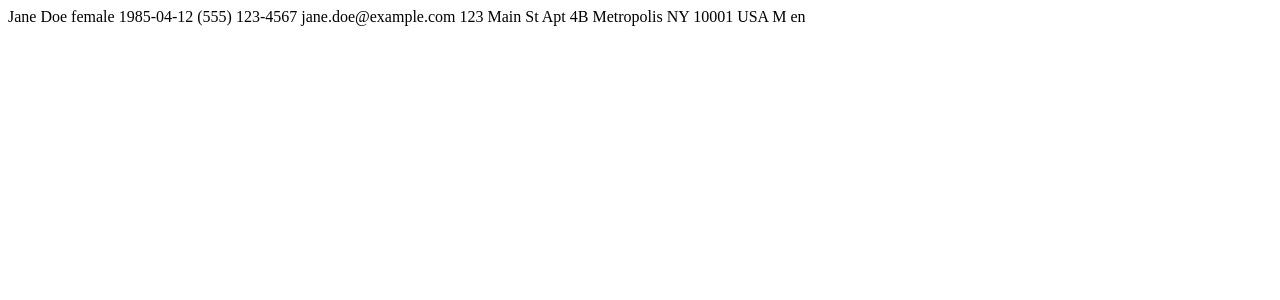
Repository: Laniz/Mapping-project
Page: http://localhost/Best Notes/public/index.php
An editor plug-in stored every save of this project. The page is shown before and after a run of saves, followed by the edit.
The browser window is 1280 px wide. The pictures show the whole page.
The page is run by PHP 8.4 with error messages shown; the project is at /var/www/html/.

Above is the page before, as saved 2025-06-30 22:08:49.

### Best Notes/public/index.php
<?php

require_once __DIR__ . '/../vendor/autoload.php';

use App\Mapping\PatientMapper;
// use App\Mapping\CoverageMapper;
// use App\Mapping\EncounterMapper;

// Initialize the PatientMapper (modular class that converts FHIR to XML)
$patientMapper = new PatientMapper();

// $coverageMapper = new CoverageMapper();
// $encounterMapper = new EncounterMapper();

// Create a new XML document that will hold the output
$doc = new DOMDocument('1.0', 'UTF-8');
$doc->formatOutput = true;

// Path to the input JSON file (can be a single Patient or a Bundle)
$inputPath = __DIR__ . '/../FHIR-Patient-Full.json';

$inputPath2 = __DIR__ . '/../FHIR-Coverage-example.json';
$inputPath3 = __DIR__ . '/../Encounter-example.json';

// or change to FHIR-Patient-example.json, FHIR-Patient-example.json

// Load FHIR data from file as JSON text
$json = file_get_contents($inputPath);

$json2 = file_get_contents($inputPath2);
$json3 = file_get_contents($inputPath3);

// this makes an array if true, an object if false
$data = json_decode($json, true);

$data2 = json_decode($json2, true);
$data3 = json_decode($json3, true);

// Create the root XML node that will wrap all patients
$root = $doc->createElement("AllMaps");

// Validate and branch depending on input type
if (!is_array($data) || !isset($data['resourceType'])) {
    // Basic file/data validation
    die("Invalid FHIR input file: missing or malformed 'resourceType'\n");
}

if (!is_array($data2) || !isset($data2['resourceType'])) {
    // Basic file/data validation
    die("Invalid FHIR input file: missing or malformed 'resourceType'\n");
}
if (!is_array($data3) || !isset($data3['resourceType'])) {
    // Basic file/data validation
    die("Invalid FHIR input file: missing or malformed 'resourceType'\n");
}

// Detect whether we're dealing with a single Patient or a Bundle of Patients
//switch ($data['resourceType']) {
//    case 'Patient':
        // Map the single patient directly to XML and append
        $patientNode = $patientMapper->map($data, $doc);
        $root->appendChild($patientNode);

        // $coverageNode = $coverageMapper->map($data2, $doc);
        // $root->appendChild($coverageNode);
        // $encounterNode = $encounterMapper->map($data3, $doc);
        // $root->appendChild($encounterNode);
//        break;

/*    case 'Bundle':
        // Loop through all resources in the bundle
        foreach ($data['entry'] ?? [] as $entry) {
            $resource = $entry['resource'] ?? null;

            // Only process Patient resources
            if ($resource && $resource['resourceType'] === 'Patient') {
                // Convert Patient resource to XML and append to root
                $patientNode = $mapper->map($resource, $doc);
                $root->appendChild($patientNode);
            }
        }
        break;

    default:
        // Currently unsupported resource types
        die("Unsupported resourceType: " . $data['resourceType'] . "\n");
}
*/
// Append root node to document and print the resulting XML
$doc->appendChild($root);
echo $doc->saveXML();

### Best Notes/src/Mapping/PatientMapper.php
<?php

namespace App\Mapping;

use DOMDocument;
use DOMElement;

class PatientMapper extends BaseMapper
{
    public function __construct()
    {
        parent::__construct('patient_mapping.json');
    }

    protected function getRootElementName(): string
    {
        return 'Patient';
    }
}

### Best Notes/src/Mapping/BaseMapper.php
<?php

namespace App\Mapping; // Define the namespace where this class resides

use DOMDocument;  // Import PHP's DOMDocument class for building XML documents
use DOMElement;   // Import DOMElement for creating XML elements

/**
 * BaseMapper is an abstract class that provides common logic
 * for mapping FHIR JSON data to XML based on a JSON field mapping configuration.
 */
abstract class BaseMapper implements MapperInterface
{
    // Holds the key-value pairs from the mapping file (FHIR path → XML tag)
    protected array $mapping;

    /**
     * Constructor loads a mapping configuration file (e.g., patient_mapping.json).
     *
     * @param string $mappingFile The relative filename of the mapping JSON file
     */
    public function __construct(string $mappingFile)
    {
        // Construct the absolute path to the mapping file
        $mappingPath = __DIR__ . '/../../' . $mappingFile;

        // Load the JSON file content as a string
        $json = file_get_contents($mappingPath);

        // Decode the JSON string into an associative array
        $this->mapping = json_decode($json, true);
    }

    /**
     * Main mapping method required by the MapperInterface.
     * It generates an XML element using the mapping config and FHIR data.
     *
     * @param array $fhir The decoded FHIR resource as an array
     * @param DOMDocument $doc The DOMDocument to which new elements will belong
     * @return DOMElement The fully built XML element for this resource
     */
    public function map(array $fhir, DOMDocument $doc): DOMElement
    {
        // Create the root XML element (e.g., <Patient>, <Coverage>, etc.)
        $element = $doc->createElement($this->getRootElementName());

        // Loop through each mapping entry: FHIR path => XML tag
        foreach ($this->mapping as $fhirPath => $xmlTag) {
            // Extract the value from the FHIR array using the path
            $value = $this->extractValue($fhir, $fhirPath);

            // Only add the field if a value was found
            if (!is_null($value)) {
                // Create the child XML element and add it to the root
            $field = $doc->createElement("Field", htmlspecialchars($value ?? ''));
                $field->setAttribute("name", $fhirPath);  // Add original path as metadata
                $element->appendChild($field);

            }
        }

        // Return the finished XML element
        return $element;
    }

    /**
     * Subclasses must define the name of the root XML element (e.g., "Patient").
     *
     * @return string The XML tag name
     */
    abstract protected function getRootElementName(): string;

    /**
     * Recursively extract a value from a deeply nested FHIR array using a dotted path.
     *
     * @param array $data The full FHIR array
     * @param string $path A string path like "address[0].city"
     * @return mixed|null The extracted value or null if not found
     */
    protected function extractValue(array $data, string $path)
    {
        // Split the path on dots, ignoring dots inside brackets
        $segments = preg_split('/\.(?![^\[]*\])/', $path);

        // Walk through each segment to drill down into the array
        foreach ($segments as $segment) {
            // If the segment includes an index (e.g., "address[0]")
            if (preg_match('/(\w+)\[(\d+)\]/', $segment, $matches)) {
                $key = $matches[1];        // array name, e.g., "address"
                $index = (int) $matches[2]; // array index, e.g., 0

                // Check if the indexed item exists
                if (!isset($data[$key][$index])) {
                    return null;
                }

                // Move one level deeper
                $data = $data[$key][$index];
            } else {
                // Simple field access (e.g., "city")
                if (!isset($data[$segment])) {
                    return null;
                }

                // Move deeper into the structure
                $data = $data[$segment];
            }
        }

        // Return the value if it's a string or scalar, not an array
        return is_array($data) ? null : $data;
    }
}

### Best Notes/src/Mapping/MapperInterface.php
<?php

namespace App\Mapping;

use DOMDocument;
use DOMElement;

interface MapperInterface {
    public function map(array $fhirResource, DOMDocument $doc): DOMElement;
}

### Best Notes/patient_mapping.json
{
  "name[0].given[0]": "FirstName",
  "name[0].family": "LastName",
  "gender": "Gender",
  "birthDate": "BirthDate",
  "telecom[0].value": "HomePhone",
  "telecom[1].value": "Email",
  "address[0].line[0]": "Line1",
  "address[0].line[1]": "Line2",
  "address[0].city": "City",
  "address[0].state": "State",
  "address[0].postalCode": "Zipcode",
  "address[0].country": "Country",
  "maritalStatus.coding[0].code": "MaritalStatus",
  "communication[0].language.coding[0].code": "Language"
}

### Best Notes/FHIR-Patient-Full.json
{
  "resourceType": "Patient",
  "id": "example-full",
  "active": true,
  "identifier": [
    {
      "use": "usual",
      "type": {
        "coding": [
          {
            "system": "http://terminology.hl7.org/CodeSystem/v2-0203",
            "code": "MR",
            "display": "Medical Record Number"
          }
        ]
      },
      "system": "http://hospital.smarthealth.org",
      "value": "123456"
    },
    {
      "use": "official",
      "system": "http://hl7.org/fhir/sid/us-ssn",
      "value": "999-99-9999"
    }
  ],
  "name": [
    {
      "use": "official",
      "family": "Doe",
      "given": [
        "Jane",
        "Elizabeth"
      ],
      "prefix": [
        "Ms."
      ]
    }
  ],
  "telecom": [
    {
      "system": "phone",
      "value": "(555) 123-4567",
      "use": "home"
    },
    {
      "system": "email",
      "value": "jane.doe@example.com",
      "use": "work"
    }
  ],
  "gender": "female",
  "birthDate": "1985-04-12",
  "address": [
    {
      "use": "home",
      "line": [
        "123 Main St",
        "Apt 4B"
      ],
      "city": "Metropolis",
      "state": "NY",
      "postalCode": "10001",
      "country": "USA"
    }
  ],
  "maritalStatus": {
    "coding": [
      {
        "system": "http://terminology.hl7.org/CodeSystem/v3-MaritalStatus",
        "code": "M",
        "display": "Married"
      }
    ]
  },
  "communication": [
    {
      "language": {
        "coding": [
          {
            "system": "urn:ietf:bcp:47",
            "code": "en",
            "display": "English"
          }
        ]
      },
      "preferred": true
    }
  ],
  "contact": [
    {
      "relationship": [
        {
          "coding": [
            {
              "system": "http://terminology.hl7.org/CodeSystem/v2-0131",
              "code": "E",
              "display": "Emergency"
            }
          ]
        }
      ],
      "name": {
        "family": "Doe",
        "given": [
          "John"
        ]
      },
      "telecom": [
        {
          "system": "phone",
          "value": "(555) 987-6543",
          "use": "mobile"
        }
      ],
      "address": {
        "line": [
          "456 Oak St"
        ],
        "city": "Metropolis",
        "state": "NY",
        "postalCode": "10001",
        "country": "USA"
      },
      "gender": "male"
    }
  ],
  "managingOrganization": {
    "reference": "Organization/example"
  },
  "generalPractitioner": [
    {
      "reference": "Practitioner/example-behavioral-health"
    }
  ]
}

### Best Notes/FHIR-Coverage-example.json
{
  "resourceType": "Coverage",
  "id": "example",
  "status": "active",
  "type": {
    "coding": [
      {
        "system": "http://terminology.hl7.org/CodeSystem/v3-ActCode",
        "code": "EHCPOL",
        "display": "extended healthcare"
      }
    ]
  },
  "subscriber": {
    "reference": "Patient/example"
  },
  "beneficiary": {
    "reference": "Patient/example"
  },
  "payor": [
    {
      "reference": "Organization/example"
    }
  ],
  "period": {
    "start": "2024-01-01",
    "end": "2024-12-31"
  },
  "class": [
    {
      "type": {
        "coding": [
          {
            "system": "http://terminology.hl7.org/CodeSystem/coverage-class",
            "code": "group"
          }
        ]
      },
      "value": "12345",
      "name": "Acme Behavioral Health Group"
    }
  ]
}

### Best Notes/Encounter-example.json
{
  "resourceType": "Encounter",
  "id": "example",
  "status": "finished",
  "class": {
    "system": "http://terminology.hl7.org/CodeSystem/v3-ActCode",
    "code": "AMB",
    "display": "ambulatory"
  },
  "type": [
    {
      "coding": [
        {
          "system": "http://snomed.info/sct",
          "code": "185349003",
          "display": "Outpatient visit"
        }
      ]
    }
  ],
  "subject": {
    "reference": "Patient/example"
  },
  "participant": [
    {
      "individual": {
        "reference": "Practitioner/example-behavioral-health"
      }
    }
  ],
  "period": {
    "start": "2024-05-28T09:00:00-04:00",
    "end": "2024-05-28T09:45:00-04:00"
  },
  "serviceProvider": {
    "reference": "Organization/example"
  }
}

### Best Notes/src/Mapping/CoverageMapper.php
<?php

namespace App\Mapping;

use DOMDocument;
use DOMElement;

class CoverageMapper extends BaseMapper
{
    public function __construct()
    {
        parent::__construct('coverage_mapping.json');
    }

    protected function getRootElementName(): string
    {
        return 'Coverage';
    }
}

### Best Notes/coverage_mapping.json
{
  "subscriber.reference": "SubscriberReference",
  "beneficiary.reference": "BeneficiaryReference",
  "payor[0].reference": "PayorReference",
  "period.start": "PeriodStart",
  "period.end": "PeriodEnd",
  "class[0].type.coding[0].system": "ClassTypeCodingSystem",
  "class[0].type.coding[1].code": "ClassTypeCodingCode",
  "class[1].value": "ClassValue",
  "class[1].name": "ClassName"
}

### Best Notes/src/Mapping/EncounterMapper.php
<?php

namespace App\Mapping;

use DOMDocument;
use DOMElement;

class EncounterMapper extends BaseMapper
{
    public function __construct()
    {
        parent::__construct('encounter_mapping.json');
    }

    protected function getRootElementName(): string
    {
        return 'Encounter';
    }
}

### Best Notes/encounter_mapping.json
{
  "status": "Status",
  "class.system": "ClassSystem",
  "class.code": "ClassCode",
  "class.display": "ClassDisplay",
  "type[0].coding[0].system": "TypeCodingSystem",
  "type[0].coding[1].code": "TypeCodingCode",
  "type[0].coding[2].display": "TypeCodingDisplay",
  "subject.reference": "SubjectReference",
  "participant[0].individual.reference": "participantIndividualReference",
  "period.start": "PeriodStart",
  "period.end": "PeriodEnd",
  "serviceProvider.reference": "ServiceProviderReference"
}

After the next 2 saves:
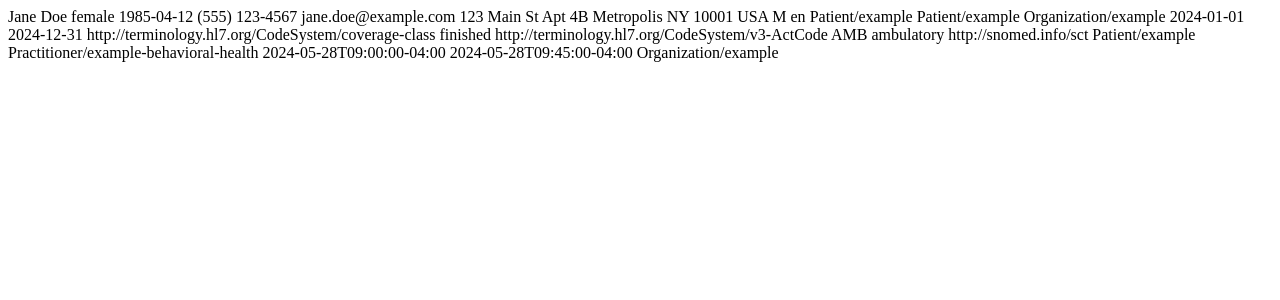
The 2 saves are shown as one change because they came seconds apart.
The last was saved 12 s later.
--- a/Best Notes/public/index.php
+++ b/Best Notes/public/index.php
@@ -3,14 +3,14 @@
 require_once __DIR__ . '/../vendor/autoload.php';
 
 use App\Mapping\PatientMapper;
-// use App\Mapping\CoverageMapper;
-// use App\Mapping\EncounterMapper;
+use App\Mapping\CoverageMapper;
+use App\Mapping\EncounterMapper;
 
 // Initialize the PatientMapper (modular class that converts FHIR to XML)
 $patientMapper = new PatientMapper();
 
-// $coverageMapper = new CoverageMapper();
-// $encounterMapper = new EncounterMapper();
+$coverageMapper = new CoverageMapper();
+$encounterMapper = new EncounterMapper();
 
 // Create a new XML document that will hold the output
 $doc = new DOMDocument('1.0', 'UTF-8');
@@ -61,10 +61,10 @@ if (!is_array($data3) || !isset($data3['resourceType'])) {
         $patientNode = $patientMapper->map($data, $doc);
         $root->appendChild($patientNode);
 
-        // $coverageNode = $coverageMapper->map($data2, $doc);
-        // $root->appendChild($coverageNode);
-        // $encounterNode = $encounterMapper->map($data3, $doc);
-        // $root->appendChild($encounterNode);
+        $coverageNode = $coverageMapper->map($data2, $doc);
+        $root->appendChild($coverageNode);
+        $encounterNode = $encounterMapper->map($data3, $doc);
+        $root->appendChild($encounterNode);
 //        break;
 
 /*    case 'Bundle':
